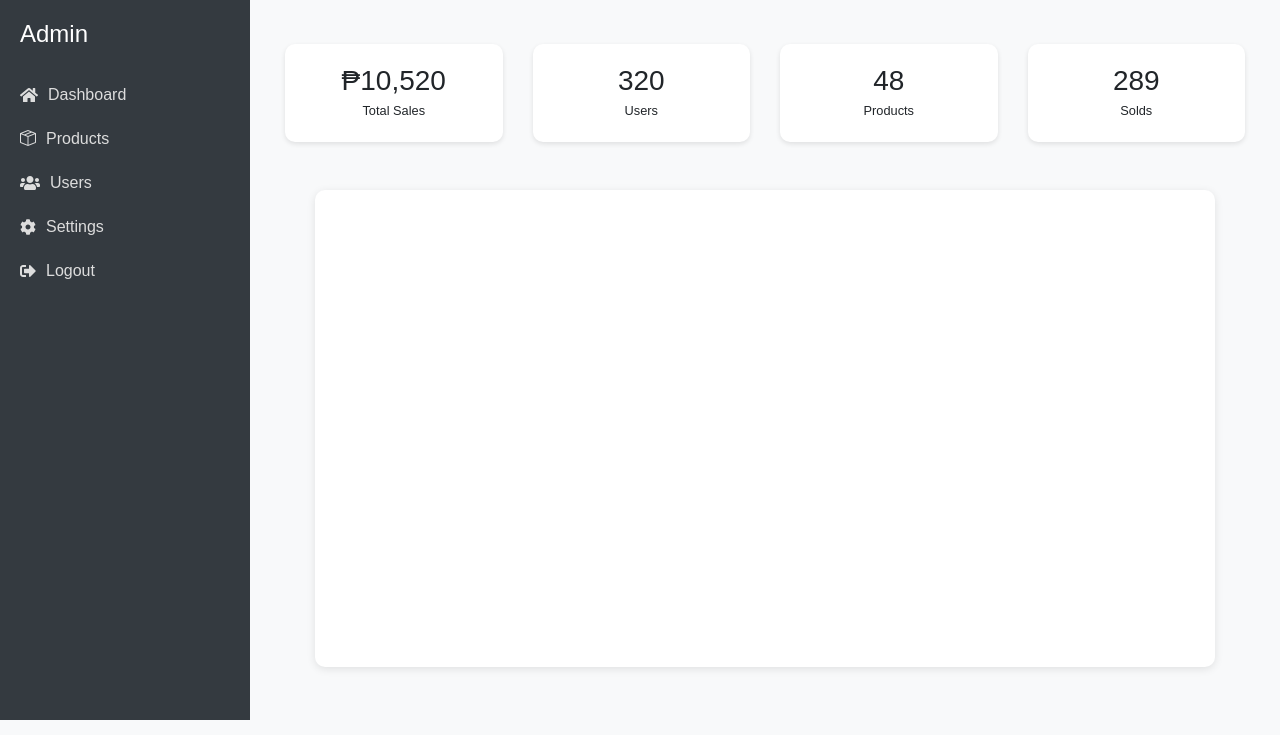
Repository: Darkrepo23/Ecommerce-Manalastas-project
Page: admin/Product-list.html
These files come from the project's save history. The page is drawn as it stood at one moment and after the next save; the edit follows.
The browser window is 1280 px wide. The pictures show the whole page.

Above is the page before, as saved 2026-01-06 09:39:32.

### admin/Product-list.html
<!DOCTYPE html>
<html lang="en">

<head>
    <meta charset="UTF-8">
    <meta name="viewport" content="width=device-width, initial-scale=1.0">
    <title>Modern Sidebar</title>
    <script src="https://cdnjs.cloudflare.com/ajax/libs/font-awesome/5.15.4/js/all.min.js"></script>
    <link rel="stylesheet" href="https://cdn.jsdelivr.net/npm/bootstrap-icons@1.11.1/font/bootstrap-icons.css">
    <link rel="stylesheet" href="https://stackpath.bootstrapcdn.com/bootstrap/4.5.2/css/bootstrap.min.css">
    <link rel="stylesheet" href="https://cdnjs.cloudflare.com/ajax/libs/font-awesome/5.15.4/css/all.min.css">

    <style>
        body {
            font-family: 'Arial', sans-serif;
            background-color: #f8f9fa;
            overflow-x: hidden;
        }

        .sidebar {
            width: 250px;
            height: 100vh;
            background: #343a40;
            color: #fff;
            padding: 20px;
            position: fixed;
            left: 0;
            top: 0;
            transition: transform 0.3s ease;
            z-index: 1000;
        }

        .sidebar .nav-link {
            color: #ddd;
            padding: 10px 0;
            display: flex;
            align-items: center;
            gap: 10px;
        }

        .sidebar .nav-link:hover {
            color: #fff;
        }

        /* Content next to sidebar on desktop */
        .content {
            margin-left: 250px;
            padding: 20px;
            transition: 0.3s;
        }

        .hamburger {
            position: fixed;
            top: 15px;
            left: 15px;
            display: none;
            z-index: 5000 !important;
        }

        .chart-container {
            width: 100%;
            /* make it full width */
            max-width: 900px;
            /* optional max width */
            margin: 0 auto;
            background: #fff;
            padding: 20px;
            border-radius: 10px;
            box-shadow: 0 2px 8px rgba(0, 0, 0, 0.1);
        }

        .chart-container canvas {
            /* ensure canvas always fills container */
            width: 100% !important;
            height: auto !important;
        }



        /* MOBILE FIXES */
        @media (max-width: 768px) {

            .sidebar {
                transform: translateX(-100%);
            }

            .sidebar.active {
                transform: translateX(0);
            }

            .hamburger {
                display: block;
            }

            /* Content should NOT be shifted on mobile */
            .content {
                margin-left: 0;
            }
        }

        /* Hamburger button */


        .close-btn {
            font-size: 32px;
            /* size of the X */
            cursor: pointer;
            display: inline-block;
            z-index: 5000 !important;
        }


        /* Dashboard cards */
        .stat-card {
            padding: 20px;
            border-radius: 10px;
            background: #fff;
            text-align: center;
            box-shadow: 0 2px 5px rgba(0, 0, 0, 0.1);
            transition: .2s;
        }

        .stat-card:hover {
            transform: translateY(-3px);
        }
    </style>
</head>

<body>

    <!-- Hamburger Menu -->
    <div class="hamburger" onclick="toggleSidebar()">
        <i class="fas fa-bars"></i>
    </div>

    <!-- Sidebar -->
    <div class="sidebar" id="sidebar">
        <div class="logo mb-3 d-flex align-items-center justify-content-between">
            <h4>Admin</h4>
        </div>
        <ul class="nav flex-column">
            <li class="nav-item">
                <a class="nav-link" href="#"><i class="fas fa-home"></i> Dashboard</a>
            </li>
            <li class="nav-item">
                <a class="nav-link" href="#"><i class="bi bi-box-seam"></i> Products</a>
            </li>
            <li class="nav-item">
                <a class="nav-link" href="#"><i class="fas fa-users"></i> Users</a>
            </li>
            <li class="nav-item">
                <a class="nav-link" href="#"><i class="fas fa-cog"></i> Settings</a>
            </li>
            <li class="nav-item">
                <a class="nav-link" href="#"><i class="fas fa-sign-out-alt"></i> Logout</a>
            </li>
        </ul>
    </div>

    <!-- Main Content -->
    <div class="content">
        <div class="container mt-4">
            <div class="row gy-3">

                <div class="col-12 col-md-3 mb-3 mb-md-0">

                    <div class="stat-card">
                        <h3 class="mb-0">₱10,520</h3>
                        <small>Total Sales</small>
                    </div>
                </div>

                <div class="col-12 col-md-3 mb-3 mb-md-0">
                    <div class="stat-card">
                        <h3 class="mb-0">320</h3>
                        <small>Users</small>
                    </div>
                </div>

                <div class="col-12 col-md-3 mb-3 mb-md-0">
                    <div class="stat-card">
                        <h3 class="mb-0">48</h3>
                        <small>Products</small>
                    </div>
                </div>

                <div class="col-12 col-md-3 mb-3 mb-md-0">
                    <div class="stat-card">
                        <h3 class="mb-0">289</h3>
                        <small>Solds</small>
                    </div>
                </div>

            </div>
        </div>

        <div class="chart-container my-5">
            <canvas id="salesChart"></canvas>
        </div>

    </div>
    <script src="https://cdn.jsdelivr.net/npm/chart.js"></script>

</body>

</html>

After the next save:
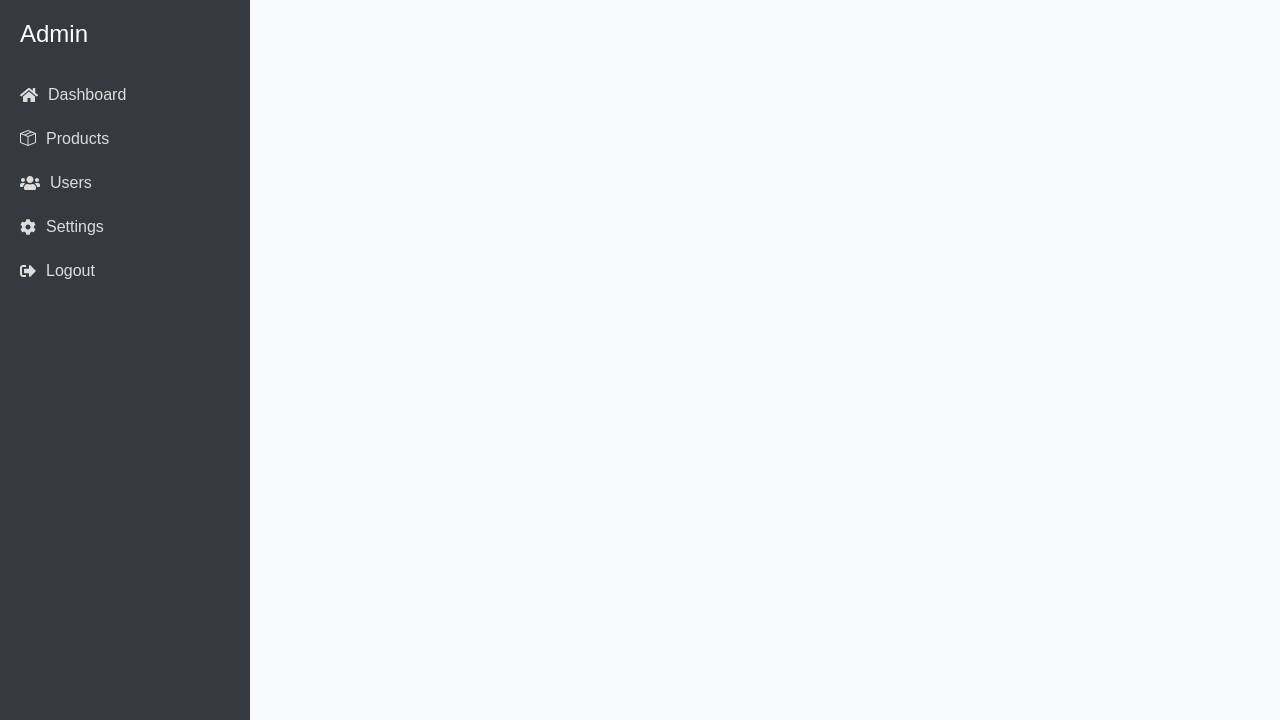
Saved 12 s later.
--- a/admin/Product-list.html
+++ b/admin/Product-list.html
@@ -159,45 +159,6 @@
 
     <!-- Main Content -->
     <div class="content">
-        <div class="container mt-4">
-            <div class="row gy-3">
-
-                <div class="col-12 col-md-3 mb-3 mb-md-0">
-
-                    <div class="stat-card">
-                        <h3 class="mb-0">₱10,520</h3>
-                        <small>Total Sales</small>
-                    </div>
-                </div>
-
-                <div class="col-12 col-md-3 mb-3 mb-md-0">
-                    <div class="stat-card">
-                        <h3 class="mb-0">320</h3>
-                        <small>Users</small>
-                    </div>
-                </div>
-
-                <div class="col-12 col-md-3 mb-3 mb-md-0">
-                    <div class="stat-card">
-                        <h3 class="mb-0">48</h3>
-                        <small>Products</small>
-                    </div>
-                </div>
-
-                <div class="col-12 col-md-3 mb-3 mb-md-0">
-                    <div class="stat-card">
-                        <h3 class="mb-0">289</h3>
-                        <small>Solds</small>
-                    </div>
-                </div>
-
-            </div>
-        </div>
-
-        <div class="chart-container my-5">
-            <canvas id="salesChart"></canvas>
-        </div>
-
     </div>
     <script src="https://cdn.jsdelivr.net/npm/chart.js"></script>
 
